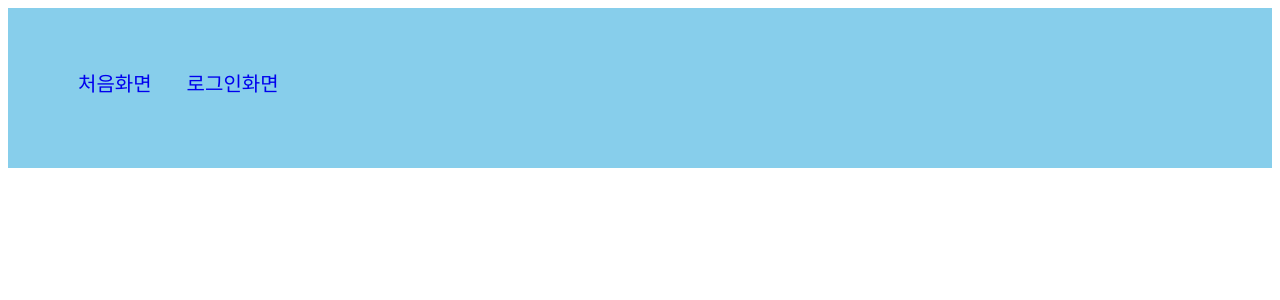
Repository: golddrone7/front
Page: http://localhost/bookproject2/
The author's editor kept a copy of each file at every save. The page is drawn from the files as they stood at one save, then again after the next save.
The browser window is 1280 px wide. The pictures show the whole page.
The page is served by Tomcat 9.

Above is the page before, as saved 2023-02-24 01:23:33.

After the next save:
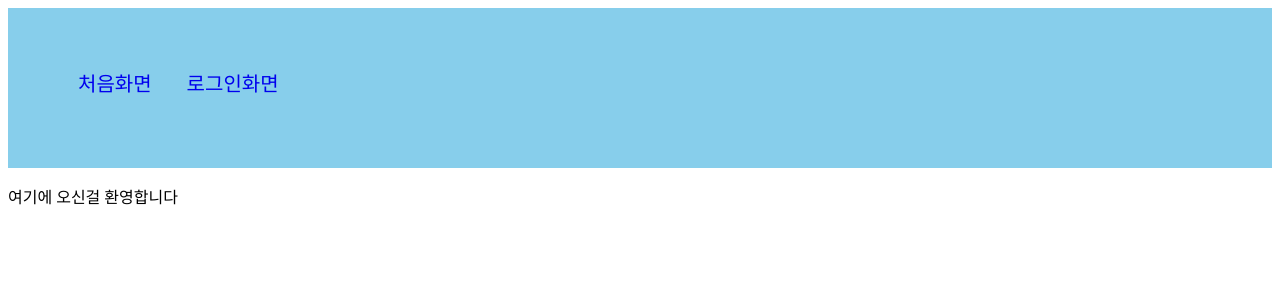
Saved 56 s later.
--- a/bookproject2/web/index.jsp
+++ b/bookproject2/web/index.jsp
@@ -2,5 +2,8 @@
     pageEncoding="UTF-8"%>
 <%@ include file="menu.jsp" %>
 
+<div>
+	<p>여기에 오신걸 환영합니다</p>
+</div>
 </body>
 </html>
